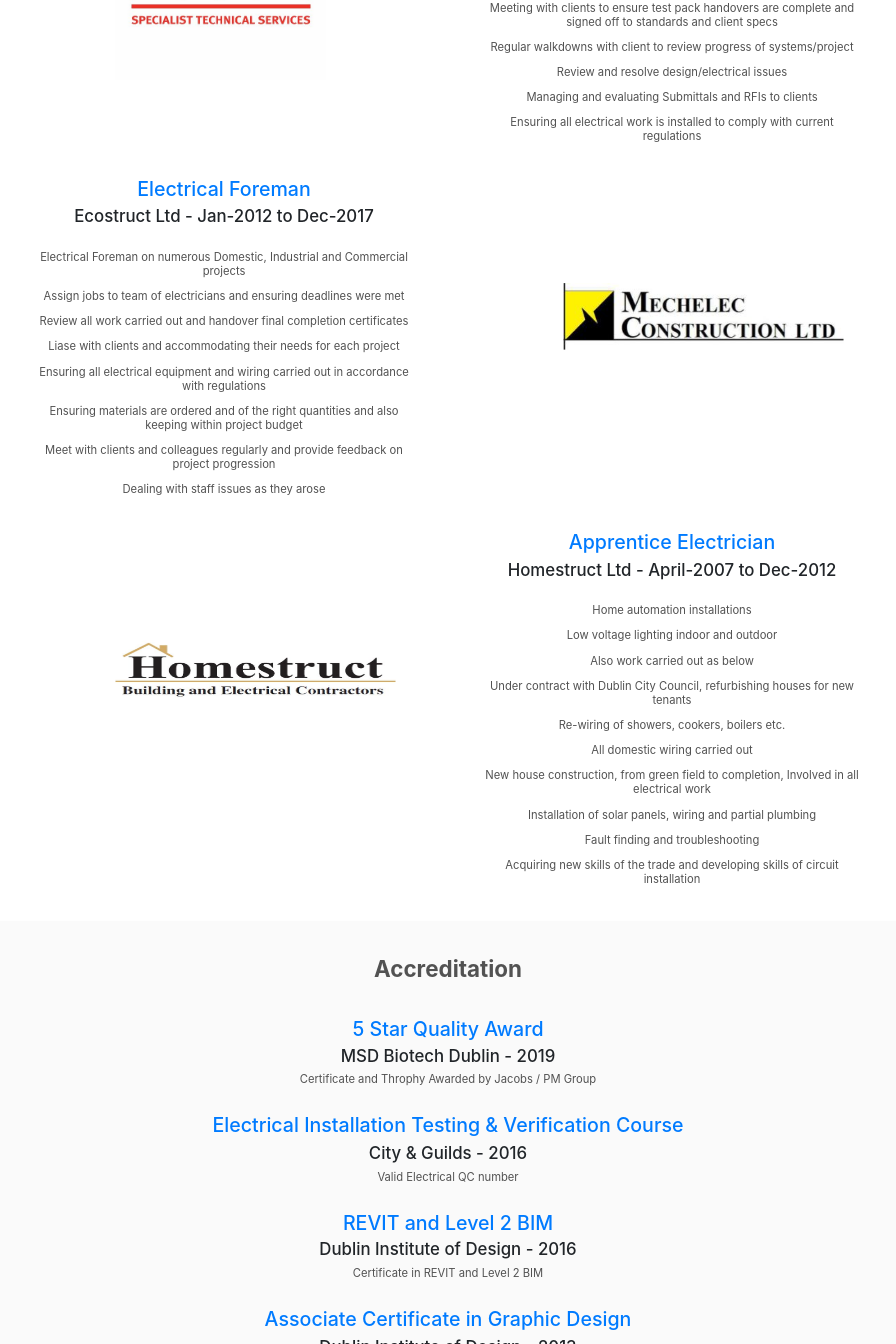
Repository: Code-Institute-Submissions/collyd21-milestone1
Page: resume.html
The author's editor kept a record of every edit. The page is drawn from the files as they stood at one moment, then again after the next edit.
The browser window is 1280 px wide. The pictures show the part of the page from y = 1128 to 3048 px (the page is 3390 px tall), at 70% of full size.

Above is the page before.

### resume.html
<!DOCTYPE html>
<html lang="en">

<head>
    <meta charset="UTF-8">
    <meta name="viewport" content="width=device-width, initial-scale=1.0">
    <meta http-equiv="X-UA-Compatible" content="ie=edge">
    <script src="https://code.jquery.com/jquery-3.4.1.slim.min.js" integrity="sha384-J6qa4849blE2+poT4WnyKhv5vZF5SrPo0iEjwBvKU7imGFAV0wwj1yYfoRSJoZ+n" crossorigin="anonymous"></script>
    <script src="https://stackpath.bootstrapcdn.com/bootstrap/4.4.1/js/bootstrap.min.js" integrity="sha384-wfSDF2E50Y2D1uUdj0O3uMBJnjuUD4Ih7YwaYd1iqfktj0Uod8GCExl3Og8ifwB6" crossorigin="anonymous"></script>
    <link rel="stylesheet" href="https://stackpath.bootstrapcdn.com/bootstrap/4.4.1/css/bootstrap.min.css" integrity="sha384-Vkoo8x4CGsO3+Hhxv8T/Q5PaXtkKtu6ug5TOeNV6gBiFeWPGFN9MuhOf23Q9Ifjh" crossorigin="anonymous">
    <link rel="stylesheet" href="https://stackpath.bootstrapcdn.com/font-awesome/4.7.0/css/font-awesome.min.css" type="text/css" />
    <link href="https://fonts.googleapis.com/css?family=Roboto&display=swap" rel="stylesheet">
    <link rel="stylesheet" href="assets/css/style.css">
    <title>Colm Doyle - Personal Profile</title>
</head>

<body>
    <!-----------------------------------------Navbar-------------------------------------->
    <nav class="navbar navbar-expand-md">
        <button class="navbar-toggler custom " data-toggle="collapse" data-target="#collapse_target">
                <span class="navbar-toggler-icon"></span>
            </button>
        <div class="justify-content-center collapse navbar-collapse" id="collapse_target">
            <ul class="navbar-nav">
                <li class="nav-item">
                    <a class="nav-link" href="index.html">About</a>
                </li>
                <li class="nav-item">
                    <a class="nav-link" href="resume.html">Resume</a>
                </li>
                <li class="nav-item">
                    <a class="nav-link" href="projects.html">Projects</a>
                </li>
                <li class="nav-item">
                    <a class="nav-link" href="contact.html">Contact</a>
                </li>
            </ul>
        </div>
    </nav>
    <!------------------------------------------Header-------------------------------------->

    <header class="jumbotron-fluid">
        <div class="container-fluid no-gutters d-none d-md-block" id="main-view-large">
            <div class="row">
                <div class="col-lg-8 col-md-8 col-sm-12 col-xs-12" id="resume-large">
                    <h1 class="uppercase-jumbo">Personal Information</h1>
                    <br>
                    <h3 class="uppercase">Name</h3>
                    <h4>Colm Doyle</h4>
                    <br>
                    <h3 class="uppercase">Address</h3>
                    <h4>73 Woodlands, Ratoath, Co. Meath</h4>
                    <br>
                    <h3 class="uppercase">Phone</h3>
                    <h4>087-9065284</h4>
                    <br>
                    <h3 class="uppercase">E-mail</h3>
                    <h4>collydoyle_88@hotmail.com</h4>
                    <br>
                </div>
            </div>
        </div>
        <div class="container-fluid no-gutters d-block d-md-none" id="main-view-small">
            <div class="row">
                <div class="col-lg-8 col-md-8 col-sm-12 col-xs-12" id="resume-small">
                    <h1 class="uppercase-jumbo">Personal Information</h1>
                    <h3 class="uppercase">Name</h3>
                    <h4>Colm Doyle</h4>
                    <h3 class="uppercase">Address</h3>
                    <h4>73 Woodlands, Ratoath, Co. Meath</h4>
                    <h3 class="uppercase">Phone</h3>
                    <h4>087-9065284</h4>
                    <h3 class="uppercase">E-mail</h3>
                    <h4>collydoyle_88@hotmail.com</h4>
                    <br>
                </div>
            </div>
        </div>
    </header>

    <!------------------------------------------Work Experience-------------------------------------->

    <section class="container-fluid">
        <div class="row">
            <h2 class="col-12 top-margin">Work Experience</h2>
            <section class="container-fluid resume">
                <div class="row">
                    <aside class="d-none d-md-flex col-6">
                        <img class="sts-logo" src="./assets/images/stslogo.jpg" alt="STS Logo" />
                    </aside>
                    <article class="experience col-lg-6 col-md-6 col-sm-12 col-xs-12">
                        <h3>QA/QC Technician</h3>
                        <h4>STS Group - Jan-2018 to Present</h4>
                        <br>
                        <div class="row">
                            <div class="col-12">
                                <p>Responsible for Testpack and O&M Manual handover to client</p>
                                <p>Reading, interpreting and verifying drawings are correct and comply with installation scope</p>
                                <p>Assuring quality control on project installation of Pharmaceutical Plants, Data Centres, and large Commercial projects</p>
                                <p>Review all testing and test sheets for electrical installation</p>
                                <p>Meeting with clients to ensure test pack handovers are complete and signed off to standards and client specs</p>
                                <p>Regular walkdowns with client to review progress of systems/project</p>
                                <p>Review and resolve design/electrical issues</p>
                                <p>Managing and evaluating Submittals and RFIs to clients</p>
                                <p class="bottom-margin">Ensuring all electrical work is installed to comply with current regulations</p>
                            </div>
                        </div>
                        </article>
                </div>
            </section>
            <section class="container-fluid resume">
                <div class="row">
                    <article class="experience col-lg-6 col-md-6 col-sm-12 col-xs-12">
                        <h3>Electrical Foreman</h3>
                        <h4>Ecostruct Ltd - Jan-2012 to Dec-2017</h4>
                        <br>
                        <div class="row">
                            <div class="col-12">
                                <p>Electrical Foreman on numerous Domestic, Industrial and Commercial projects</p>
                                <p>Assign jobs to team of electricians and ensuring deadlines were met</p>
                                <p>Review all work carried out and handover final completion certificates</p>
                                <p>Liase with clients and accommodating their needs for each project</p>
                                <p>Ensuring all electrical equipment and wiring carried out in accordance with regulations</p>
                                <p>Ensuring materials are ordered and of the right quantities and also keeping within project budget</p>
                                <p>Meet with clients and colleagues regularly and provide feedback on project progression</p>
                                <p class="bottom-margin">Dealing with staff issues as they arose</p>
                            </div>
                        </div>
                    </article>
                    <aside class="d-none d-md-flex col-6">
                        <img class="mech-logo" src="./assets/images/mecheleclogo.jpg" alt="Mechelec Logo" />
                    </aside>
                </div>
            </section>
            <section class="container-fluid resume">
                <div class="row">
                    <aside class="d-none d-md-flex col-lg-6 col-md-6 col-sm-12 col-xs-12">
                        <img class="mech-logo" src="./assets/images/homestructlogo.jpg" alt="Mechelec Logo" />
                    </aside>
                    <article class="experience col-lg-6 col-md-6 col-sm-12 col-xs-12">
                        <h3>Apprentice Electrician</h3>
                        <h4>Homestruct Ltd - April-2007 to Dec-2012</h4>
                        <br>
                        <div class="row">
                            <div class="col-12">
                                <p>Home automation installations</p>
                                <p>Low voltage lighting indoor and outdoor</p>
                                <p>Also work carried out as below</p>
                                <p>Under contract with Dublin City Council, refurbishing houses for new tenants</p>
                                <p>Re-wiring of showers, cookers, boilers etc.</p>
                                <p>All domestic wiring carried out</p>
                                <p>New house construction, from green field to completion, Involved in all electrical work</p>
                                <p>Installation of solar panels, wiring and partial plumbing</p>
                                <p>Fault finding and troubleshooting</p>
                                <p class="bottom-margin">Acquiring new skills of the trade and developing skills of circuit installation</p>
                            </div>
                            </div>
                            </article>
                        </div>
            </section>
            </section>

            <!------------------------------------------Accreditation-------------------------------------->

            <section class="container-fluid accreditation">
                <div class="row">
                    <h2 class="col-12 top-margin top-margin ">Accreditation</h2>
                    <div class="col-12 resume">
                        <h3>5 Star Quality Award</h3>
                        <h4>MSD Biotech Dublin - 2019</h4>
                        <p>Certificate and Throphy Awarded by Jacobs / PM Group</p>
                        <br>
                    </div>
                    <div class="col-12 resume">
                        <h3>Electrical Installation Testing & Verification Course</h3>
                        <h4>City & Guilds - 2016</h4>
                        <p>Valid Electrical QC number</p>
                        <br>
                    </div>
                    <div class="col-12 resume">
                        <h3>REVIT and Level 2 BIM</h3>
                        <h4>Dublin Institute of Design - 2016</h4>
                        <p>Certificate in REVIT and Level 2 BIM</p>
                        <br>
                    </div>
                    <div class="col-12 resume">
                        <h3>Associate Certificate in Graphic Design</h3>
                        <h4>Dublin Institute of Design - 2013</h4>
                        <p>Associate Certificate in Graphic Design</p>
                        <br>
                    </div>
                    <div class="col-12 resume">
                        <h3>Manutronics Automation</h3>
                        <h4>Dublin Institute of Technology - 2005 - 2007</h4>
                        <p class="bottom-margin ">Higher Certificate</p>
                    </div>
                </div>
            </section>

<!------------------------------------------Footer-------------------------------------->

    <footer class="container-fluid">
        <div class="row" id="footer">
            <div class="col-sm-4">
                <h4 class="uppercase footer">Colm Doyle</h4>
                <h5>&bull; QA/QC Technician</h5>
                <h5>&bull; Full Stack Developer</h5>
            </div>
            <div class="col-sm-4">
                <h4 class="uppercase">Download</h4>
                <p class="inline-block">
                    Download my CV here.
                    <a href="assets/pdfs/colm-cv.pdf" target="_blank" class="cv-pdf">
                        <i class="fa fa-download" aria-hidden="true"></i>
                        <span class="sr-only">Download link</span>
                    </a>
                </p>
            </div>
            <div class="col-sm-4">
                <h4 class="uppercase">Social</h4>
                <ul class="list-inline social-links">
                    <li class="list-inline-item">
                        <a target="_blank" href="https://linkedin.com/in/colm-doyle-88b0b6164">
                            <i class="fa fa-linkedin" aria-hidden="true"></i>
                            <span class="sr-only">LinkedIn</span>
                     </a>
                    </li>
                    <li class="list-inline-item">
                        <a target="_blank" href="https://github.com/collyd21">
                            <i class="fa fa-github " aria-hidden="true"></i>
                            <span class="sr-only">Github</span>
                        </a>
                        </ul>
            </div>
            </div>
    </footer>
</body>

</html>

### assets/css/style.css
/*-----------------------------------------------Navbar----------------------------------------*/

.navbar {
    font-family: "Roboto", sans-serif;
    background-color: #d1cfce;
    width: 100vw;
}

.nav-link {
    margin-left: 50px;
    color: #fff;
}

.navbar a:hover {
    color: #007bff;
}

.navbar-toggler {
    border-color: #007bff;
}

.navbar-toggler-icon {
    background-image: url("data:[embedded picture, 238 characters]");
}


/*-----------------------------------------------Header/Jumbotron----------------------------------------*/

#main-view-large {
    background-image: url('../images/portrait.png'), linear-gradient(to right, #c2c2c2 0%, #858585 100%);
    background-position: bottom;
    background-size: cover;
    height: 90vh;
    width: 100vw;
    position: relative;
}

#main-view-small {
    background-image: linear-gradient(to right, #c2c2c2 0%, #858585 100%);
    background-position: bottom;
    background-size: cover;
    height: 80vh;
    width: 100vw;
    position: relative;
    padding-left: 0px;
    padding-right: 0px;
}

#about-large,
#about-small {
    font-family: 'Roboto', sans-serif;
    text-align: center;
    position: absolute;
    top: 25%;
    padding-right: 0px;
}

#resume-large {
    font-family: 'Roboto', sans-serif;
    text-align: center;
    position: absolute;
    top: 10%;
}

#resume-small {
    font-family: 'Roboto', sans-serif;
    text-align: center;
    position: absolute;
    top: 10%;
    padding-right: 15px;
    right: 0px;
}

#projects {
    font-family: 'Roboto', sans-serif;
    text-align: center;
    position: absolute;
    top: 15%;
}

#contact-large {
    font-family: 'Roboto', sans-serif;
    text-align: center;
    position: absolute;
    top: 25%;

}

#contact-small {
    font-family: 'Roboto', sans-serif;
    text-align: center;
    position: absolute;
    top: 25%;
    padding-right: 15px;
    right: 0px;

}

.uppercase-jumbo {
    text-transform: uppercase;
    font-weight: bold;
    color: #007bff
}

/*-----------------------------------------------3 Questions----------------------------------------*/

.questions {
    font-family: 'Roboto', sans-serif;
    margin-top: 25px;
    margin-bottom: 25px;
    text-align: center;
}

.questions h2 {
    color: #525252;
}

.question-margin {
    font-family: 'Roboto', sans-serif;
    padding-left: 30px;
    padding-right: 30px;
    text-align: center;
}

.uppercase {
    text-transform: uppercase;
    font-weight: bold;
}

.questions i {
    font-size: 30px;
    color: #007bff;
    text-align: center;
    margin-right: 15px;
}


/*-----------------------------------------------Footer----------------------------------------*/

.inline-block {
    display: inline-block;
}

#footer {
    padding-top: 5px;
    padding-left: 0px;
    padding-right: 0px;
    font-family: 'Roboto', sans-serif;
    background-color: #525252;
    color: #fff;
    text-align: center;
    position: relative;
    width: 100vw;
}

.cv-pdf i {
    padding-left: 5px;
    font-size: 20px;
}

.social-links li a i {
    font-size: 20px;
}

/*--------------------------------------------Work History / Education / Projects-----------------------------------*/

.top-margin {
    padding-top: 50px;
    margin-bottom: 50px;
    color: #525252;
    font-weight: bold;
    text-align: center;
}

.sts-logo {
    height: 300px;
    width: 300px;
    margin-left: 150px;
    margin-top: 100px;
}

.mech-logo {
    height: 95px;
    width: 400px;
    margin-left: 150px;
    margin-top: 150px;
}

.hs-logo {
    height: 200px;
    width: 450px;
    margin-left: 100px;
    margin-top: 100px;
}

.img-center {
    margin: auto;
    display: block;
}

.resume {
    text-align: center;
}

.resume h3 {
    color: #007bff;
}

.resume p {
    color: #525252;
    margin-left: 30px;
    margin-right: 30px;
    line-height: 20px;
}

.bottom-margin {
    margin-bottom: 50px;
}

.accreditation {
    background-color: #fafafa;
}

.projects {
    margin-top: 50px;
    color: #525252;
    text-align: center;
}

.data-centre {
    background-image: url('../images/datacentre20.jpg');
    background-size: cover;
}

.wework {
    background-image: url('../images/wework20.jpg');
    background-size: cover;
}

.pharma {
    background-image: url('../images/pharma20.jpg');
    background-size: cover;
}

.line {
    margin-top: 0em;
    margin-bottom: 0em;
    border-top: 1px solid #007bff;
}


/*--------------------------------------------Contact Form-----------------------------------*/

.contact-heading {
    font-family: "Roboto", sans-serif;
    font-weight: 300;
    margin-top: 25px;
    margin-bottom: 20px;
    color: #525252;
}

.contact-form {
    padding-left: 0;
    padding-right: 0;
}

.center-form {
    padding-top: 10px;
    margin: 0 auto;
    max-width: 70%;
}

button[type="submit"] {
    margin-top: 15px;
    margin-bottom: 20px;
    color: #fafafa;
    background-color: #007bff;
}

button[type="submit"]:hover {
    background-color: #3251c9;
}

After the next edit:
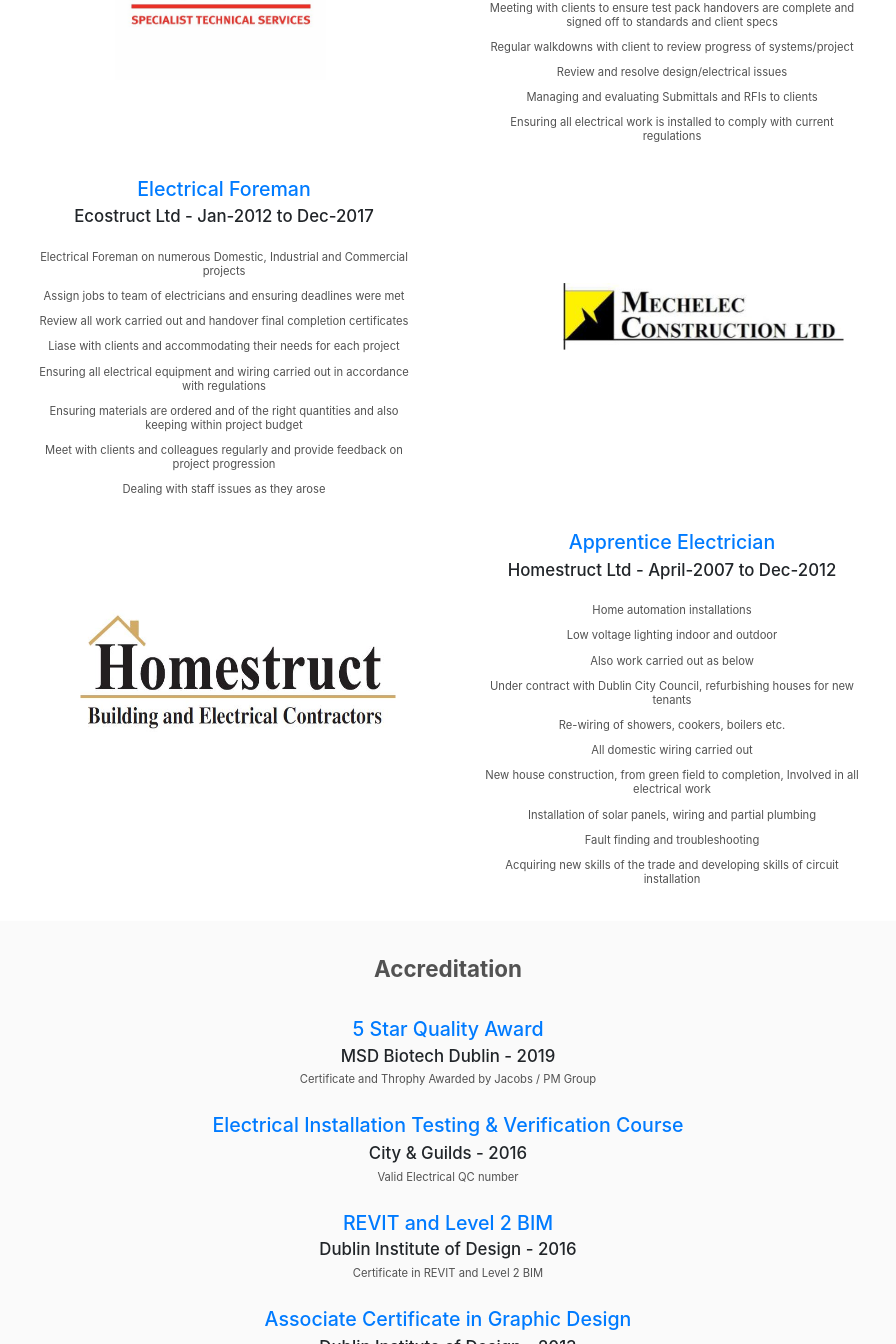
The edit:
--- a/resume.html
+++ b/resume.html
@@ -135,7 +135,7 @@
             <section class="container-fluid resume">
                 <div class="row">
                     <aside class="d-none d-md-flex col-lg-6 col-md-6 col-sm-12 col-xs-12">
-                        <img class="mech-logo" src="./assets/images/homestructlogo.jpg" alt="Mechelec Logo" />
+                        <img class="hs-logo" src="./assets/images/homestructlogo.jpg" alt="Homestruct Logo" />
                     </aside>
                     <article class="experience col-lg-6 col-md-6 col-sm-12 col-xs-12">
                         <h3>Apprentice Electrician</h3>
